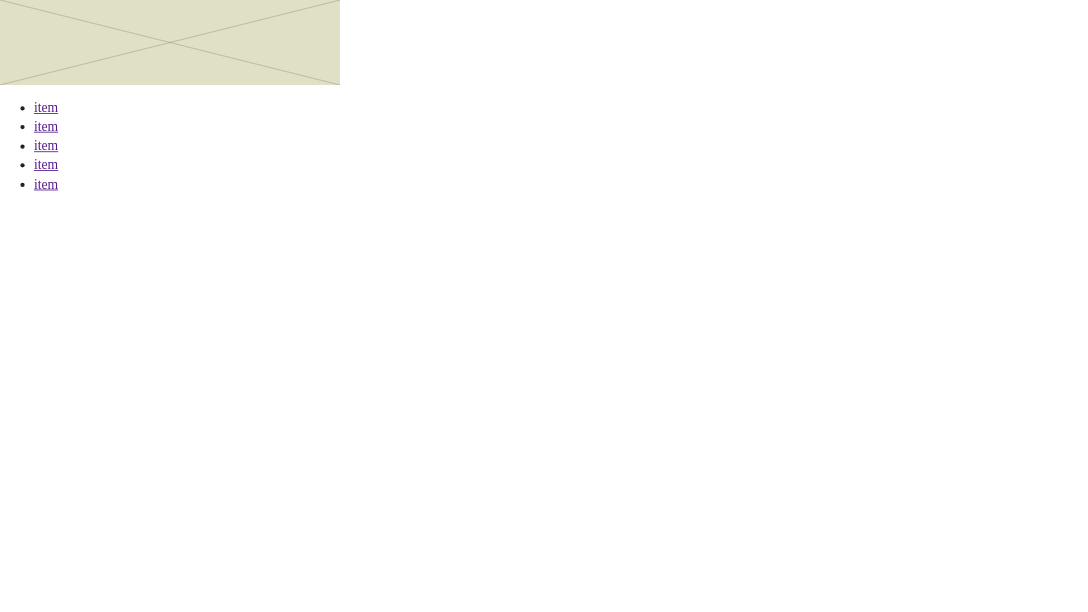
Repository: leahma1208/MDIA2003_Project1
Page: index.html
An editor plug-in stored every save of this project. The page is shown before and after the next save, followed by the edit.
The browser window is 1280 px wide. The pictures show the whole page, at 85% of full size.

Above is the page before, as saved 2021-01-22 19:41:10.

After the next save:
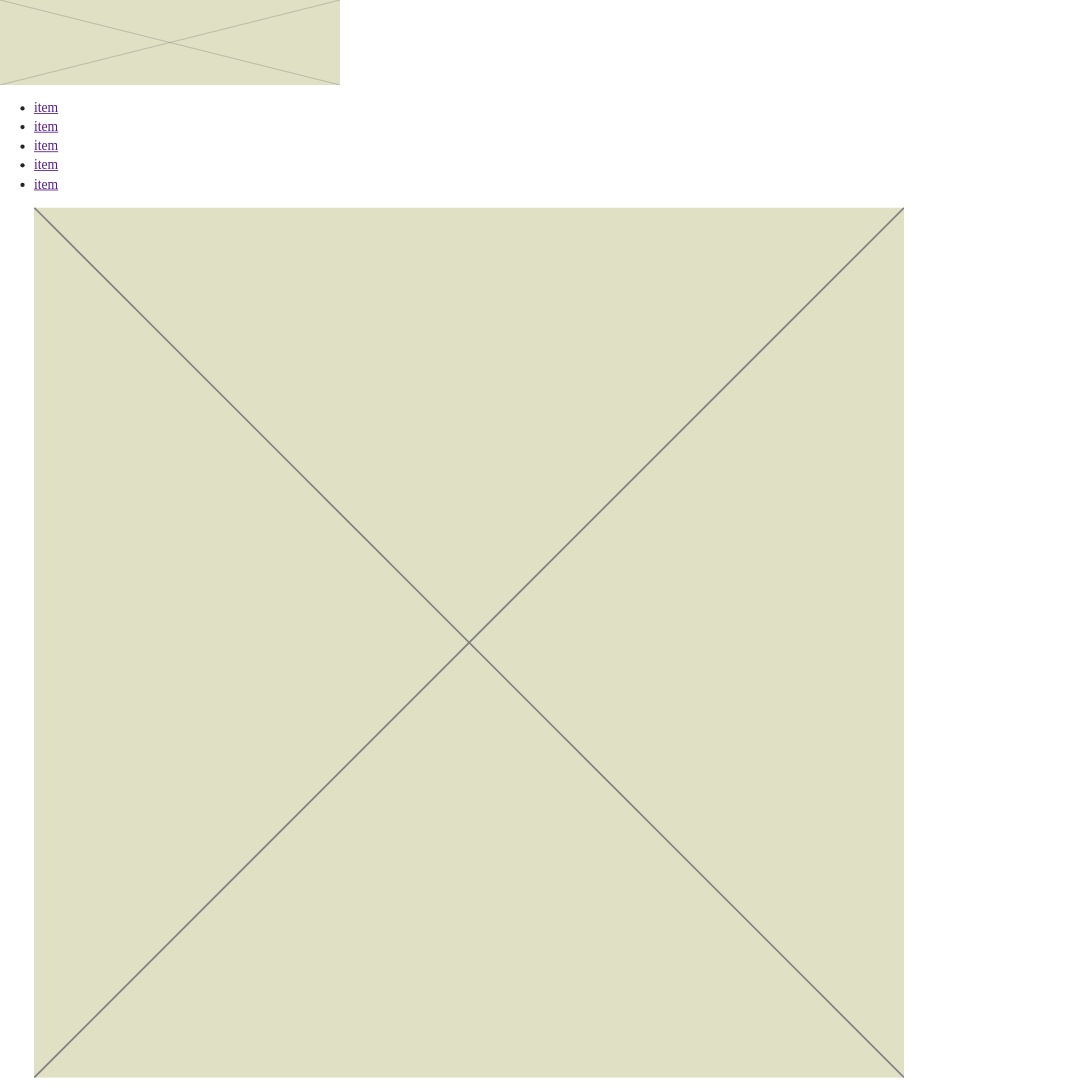
Saved 4 min 19 s later.
--- a/index.html
+++ b/index.html
@@ -34,7 +34,16 @@
         <li class="nav_items"><a href="" class="">item</a></li>
       </ul>
     </nav>
+
   </header>
+
+  <figure>
+    <div class="hero_image">
+      <img src="img/placeholder.svg" alt="">
+    </div>
+  </figure>
+
+
 
 
 
